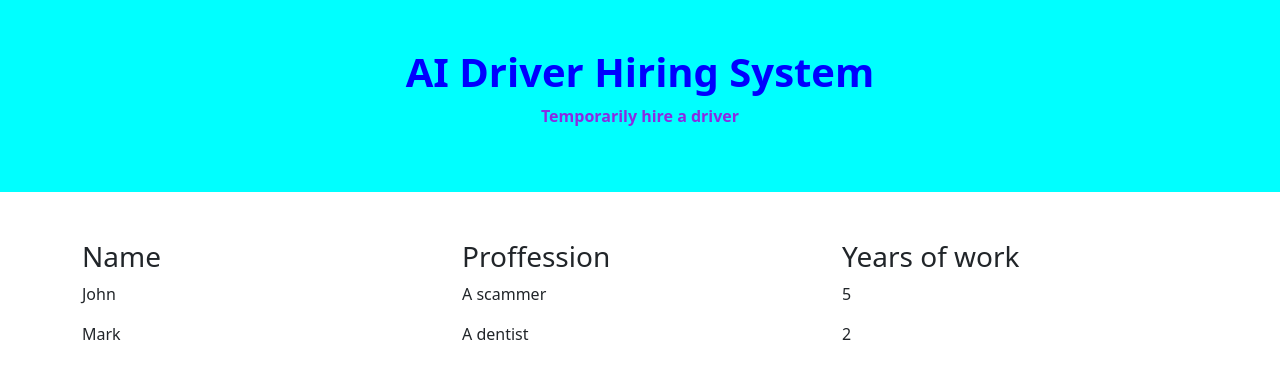
Repository: Wuda2000/AI-powered-Driver-hiring-system
Page: ONE.html
These files come from the project's save history. The page is drawn as it stood at one moment and after the next save; the edit follows.
The browser window is 1280 px wide. The pictures show the whole page.

Above is the page before, as saved 2024-12-23 22:27:32.

After the next save:
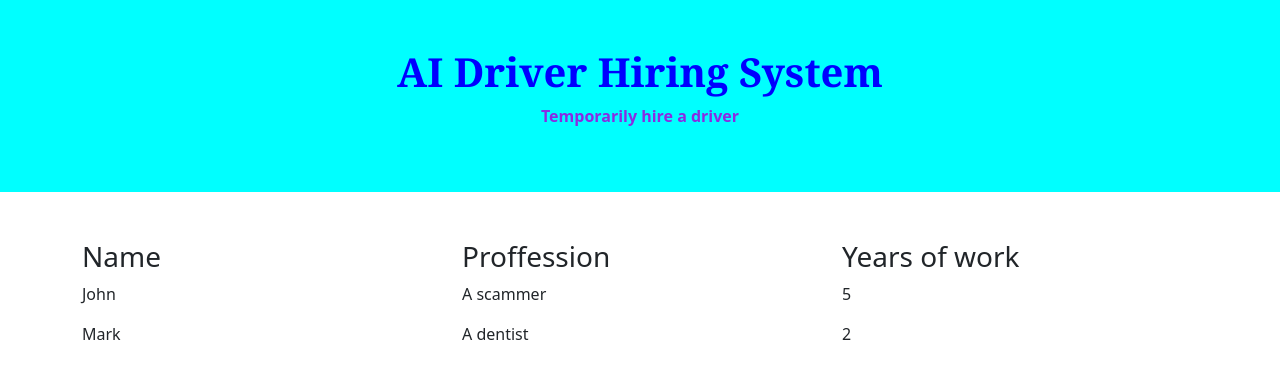
Saved 4 s later.
--- a/ONE.html
+++ b/ONE.html
@@ -11,7 +11,7 @@
 
 
     <div class="container-fluid p-5 text-white text-center" style="background-color: aqua;">
-        <h1 style="color: blue; font-family: ;" ><b>AI Driver Hiring System</b></h1>
+        <h1 style="color: blue; font-family: Cambria, Cochin, Georgia, Times, 'Times New Roman', serif;" ><b>AI Driver Hiring System</b></h1>
         <p style="color: blueviolet;"><b>Temporarily hire a driver</b></p>
       </div>
 

After the save that followed:
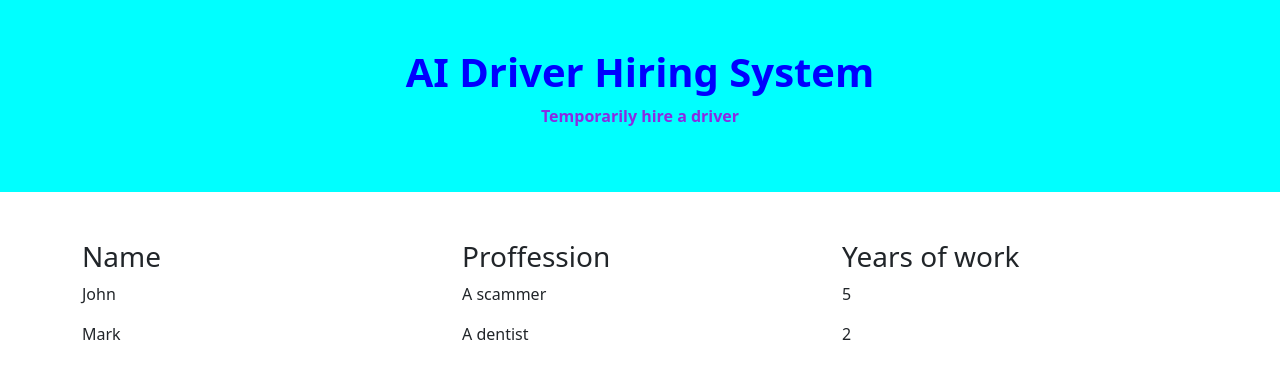
Saved 10 s later.
--- a/ONE.html
+++ b/ONE.html
@@ -11,7 +11,7 @@
 
 
     <div class="container-fluid p-5 text-white text-center" style="background-color: aqua;">
-        <h1 style="color: blue; font-family: Cambria, Cochin, Georgia, Times, 'Times New Roman', serif;" ><b>AI Driver Hiring System</b></h1>
+        <h1 style="color: blue; font-family: ;" ><b>AI Driver Hiring System</b></h1>
         <p style="color: blueviolet;"><b>Temporarily hire a driver</b></p>
       </div>
 
